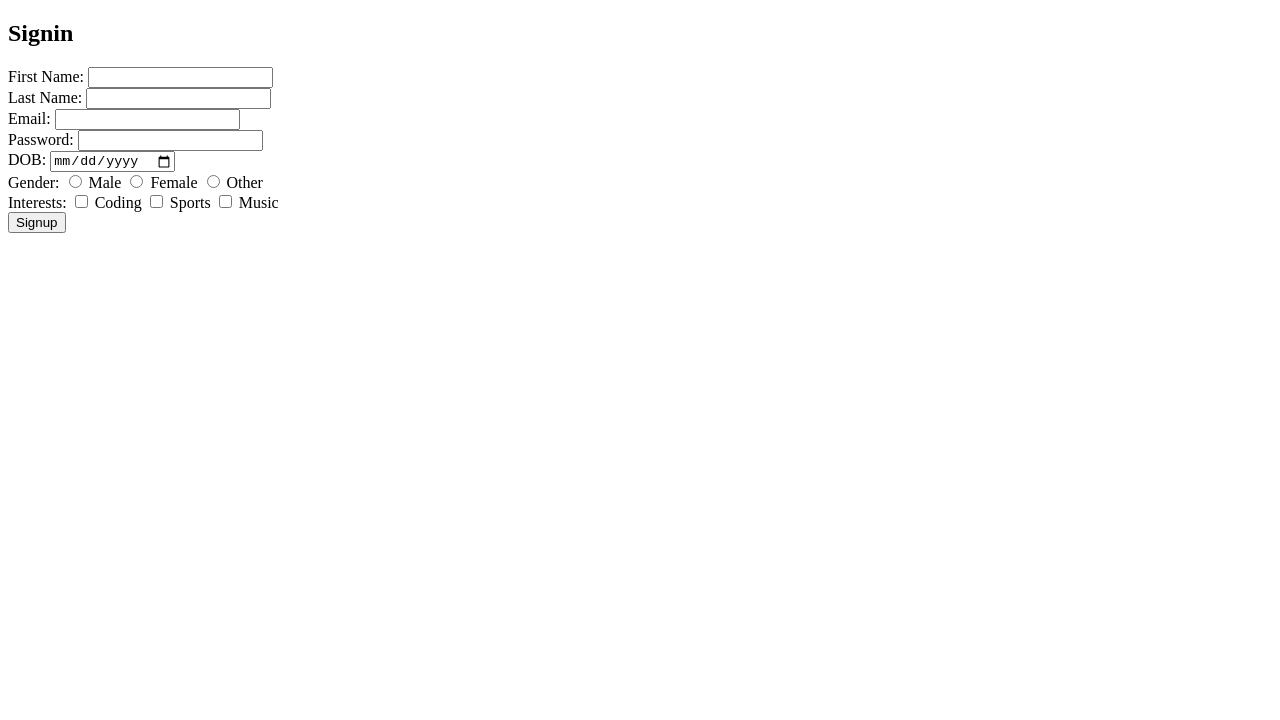
Repository: SHASHIDHAR-as/Spring
Page: spring-jsp-servelets/webapp/Webapp/src/main/webapp/Register.html
An editor plug-in stored every save of this project. The page is shown before and after the next save, followed by the edit.
The browser window is 1280 px wide. The pictures show the whole page.

Above is the page before, as saved 2024-07-30 06:39:20.

After the next save:
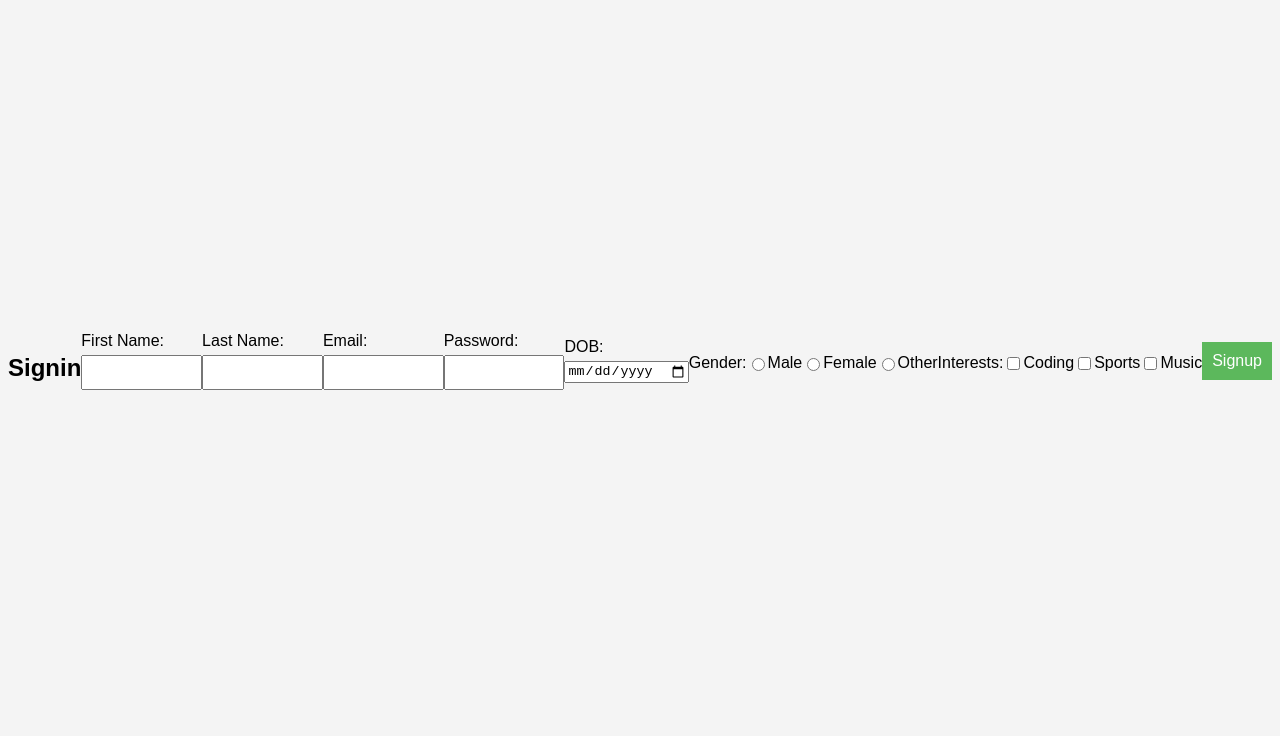
Saved 35 s later.
--- a/spring-jsp-servelets/webapp/Webapp/src/main/webapp/Register.html
+++ b/spring-jsp-servelets/webapp/Webapp/src/main/webapp/Register.html
@@ -2,7 +2,62 @@
 <html>
 <head>
 <meta charset="UTF-8">
-<title>Insert title here</title>
+<title>Deloitte</title>
+<style>
+        body {
+            font-family: Arial, sans-serif;
+            background-color: #f4f4f4;
+            display: flex;
+            justify-content: center;
+            align-items: center;
+            height: 100vh;
+
+        }
+        .signup-form {
+            background-color: #fff;
+            padding: 20px;
+            border-radius: 5px;
+            box-shadow: 0 2px 10px rgba(0, 0, 0, 0.1);
+            width:60%;
+        }
+        .signup-form h2 {
+            margin-bottom: 20px;
+        }
+        .form-group {
+            margin-bottom: 15px;
+        }
+        .form-group-w {
+            display:flex;
+            padding-bottom:10px;
+        }
+        .form-group label {
+            display: block;
+            margin-bottom: 5px;
+        }
+        .form-group input[type="text"],
+        .form-group input[type="email"],
+        .form-group input[type="password"] {
+            width: 100%;
+            padding: 8px;
+            box-sizing: border-box;
+        }
+        .form-group input[type="radio"],
+        .form-group input[type="checkbox"] {
+            margin-right: 10px;
+        }
+        .form-group button {
+            width: 100%;
+            padding: 10px;
+            background-color: #5cb85c;
+            border: none;
+            color: white;
+            font-size: 16px;
+            cursor: pointer;
+        }
+        .form-group button:hover {
+            background-color: #4cae4c;
+        }
+    </style>
 </head>
 <body>
 	 <h2>Signin</h2>
